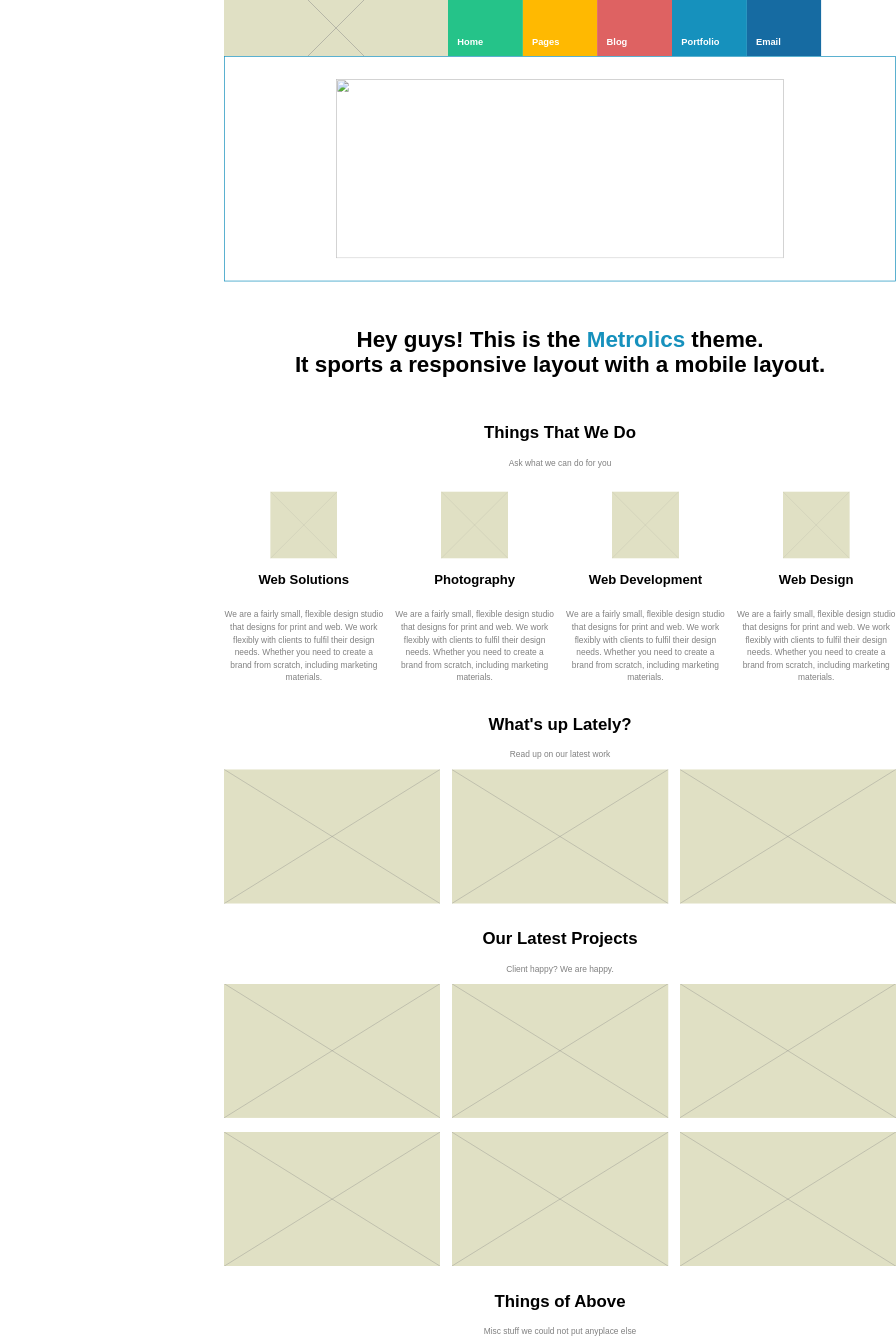
Repository: pjiang604/mdia2003-lab03b
Page: index.html
An editor plug-in stored every save of this project. The page is shown before and after the next save, followed by the edit.
The browser window is 1280 px wide. The pictures show the part of the page from y = 0 to 1920 px (the page is 2722 px tall), at 70% of full size.

Above is the page before, as saved 2023-01-31 21:00:32.

### index.html
<!DOCTYPE html>
<html lang="en">

<head>
    <meta charset="UTF-8">
    <meta http-equiv="X-UA-Compatible" content="IE=edge">
    <meta name="viewport" content="width=device-width, initial-scale=1.0">
    <title>Metrolics</title>
    <link rel="stylesheet" href="style.css">
    <link rel="preconnect" href="https://fonts.google.com/specimen/Ubuntu?query=ubuntu">
</head>

<body>
    <nav>
        <div class="nav row l-col-6-1 m-col-6-1 s-col-2-2">
            <div class="col">
                <img src="img/placeholder.svg" alt="logo" class="logo">
            </div>
            <a href="/">
                <div class="col hide navTab homeTab">
                    <h5>Home</h5>
                </div>
            </a>
            <a href="/">
                <div class="col hide navTab pagesTab">
                    <h5> Pages</h5>
                </div>
            </a>
            <a href="/">
                <div class="col hide navTab blogTab">
                    <h5>Blog</h5>
                </div>
            </a>
            <a href="/">
                <div class="col hide navTab portfolioTab">
                    <h5>Portfolio</h5>
                </div>
            </a>
            <a href="/">
                <div class="col hide navTab emailTab">
                    <h5>Email</h5>
                </div>
            </a>
            <div class="col hamburger">
                <p>[HAM MENU]</p>
            </div>
        </div>
    </nav>

    <div class="carousel hide">
        <div class="carouselSlides">
            <img class="carouselPicture" src="">
        </div>
    </div>

    <main>
    <div class="tagLine">
        <h1>Hey guys! This is the <span class="metroColor">Metrolics</span> theme.<br> It sports a responsive layout
            with a mobile layout.</h1>
    </div>

    <div class="services-section">
        <div class="col headerMargin">
            <h2>Things That We Do</h2>
            <p>Ask what we can do for you</p>
        </div>
        <div class="row l-col-4-1 m-col-2-1 s-col-1-4">
            <div class="col card">
                <img src="img/placeholder.svg" class="serviceImg" alt="">
                <h3>Web Solutions</h3>
                <p>We are a fairly small, flexible design studio that designs for print and web. We work flexibly with
                    clients to fulfil their design needs. Whether you need to create a brand from scratch, including
                    marketing materials.</p>
            </div>
            <div class="col card">
                <img src="img/placeholder.svg" class="serviceImg" alt="">
                <h3>Photography</h3>
                <p>We are a fairly small, flexible design studio that designs for print and web. We work flexibly with
                    clients to fulfil their design needs. Whether you need to create a brand from scratch, including
                    marketing materials.</p>

            </div>
            <div class="col card">
                <img src="img/placeholder.svg" class="serviceImg" alt="">
                <h3>Web Development</h3>
                <p>We are a fairly small, flexible design studio that designs for print and web. We work flexibly with
                    clients to fulfil their design needs. Whether you need to create a brand from scratch, including
                    marketing materials.</p>
            </div>
            <div class="col card">
                <img src="img/placeholder.svg" class="serviceImg" alt="">
                <h3>Web Design</h3>
                <p>We are a fairly small, flexible design studio that designs for print and web. We work flexibly with
                    clients to fulfil their design needs. Whether you need to create a brand from scratch, including
                    marketing materials.</p>
            </div>
        </div>
    </div>
    <div class="recent-news headerMargin">
        <div class="col">
            <h2>What's up Lately?</h2>
            <p>Read up on our latest work</p>
        </div>
        <div class="row l-col-3-1 m-col-2-1 s-col-1-4">
            <div class="col">
                <img src="img/placeholder.svg" class="image-post" alt="">
            </div>
            <div class="col">
                <img src="img/placeholder.svg" class="image-post" alt="">
            </div>
            <div class="col">
                <img src="img/placeholder.svg" class="image-post" alt="">
            </div>
            <div class="hidden-photo">
                <img src="img/placeholder.svg" class="image-post" alt="">
            </div>
        </div>
    </div>
    <div class="latest-projects-section headerMargin">
        <div class="col">
            <h2>Our Latest Projects</h2>
            <p>Client happy? We are happy.</p>
        </div>
        <div class="row l-col-3-1 m-col-2-1 s-col-1-1">
            <div class="col">
                <img src="img/placeholder.svg" class="image-post" alt="">
            </div>
            <div class="col">
                <img src="img/placeholder.svg" class="image-post" alt="">
            </div>
            <div class="col">
                <img src="img/placeholder.svg" class="image-post" alt="">
            </div>
            <div class="col">
                <img src="img/placeholder.svg" class="image-post" alt="">
            </div>
            <div class="col">
                <img src="img/placeholder.svg" class="image-post" alt="">
            </div>
            <div class="col">
                <img src="img/placeholder.svg" class="image-post" alt="">
            </div>
        </div>
    </div>

    <div class="col headerMargin">
        <h2>Things of Above</h2>
        <p>Misc stuff we could not put anyplace else</p>
    </div>
    <div class="row accordion l-col-2-1 m-col-1-2 s-col-1-1">
        <div class="col">
            <p>[ACCORDION HERE]</p>
        </div>
        <div class="col">
            <p>[TABS HERE]</p>
        </div>
    </div>



    <div class="row companies l-col-5-1 m-col-5-1">
        <div class="col">
            <img src="img/placeholder.svg" class="comp-logo" alt="">
        </div>
        <div class="col">
            <img src="img/placeholder.svg" class="comp-logo" alt="">
        </div>
        <div class="col">
            <img src="img/placeholder.svg" class="comp-logo" alt="">
        </div>
        <div class="col">
            <img src="img/placeholder.svg" class="comp-logo" alt="">
        </div>
        <div class="col">
            <img src="img/placeholder.svg" class="comp-logo" alt="">
        </div>
    </div>
</main>

    <footer>

        <div class="row l-col-2-4 m-col-2-4 s-col-2-1 author">
            <div class="col">
                <img src="img/placeholder.svg" class="headshot" alt="">
            </div>
            <div class="col">
                <h5>Peewee Herman</h5>
                <p>Peewee has over 10 years expeience in the industry. He is our Creative Director, digital designer,
                    web designer and front-end developer. He is also pretty good with a sketch-book. Before starting the
                    company Peewee worked as a designer and studio manager for a design house who boasted a number of
                    big name clients.</p>
            </div>
        </div>

        <div class="row l-footer-grid m-row m-footer-grid">
            <div class="col about-socials">
                <h3 class="m-row hide">About Us</h3>
                <p class="m-row hide">Lorem ipsum dolor sit amet consectetur adipisicing elit. Neque, illo! Deserunt quo
                    nostrum
                    quaerat, cum dolores aut. Recusandae voluptates, nisi a explicabo, in autem vitae eius iste
                    temporibus dolorem corporis.</p>
                <div class="row l-col-5-1 m-col-5-1 s-col-5-1">
                    <div class="col">
                        <img src="img/placeholder.svg" class="social-img" alt="">
                    </div>
                    <div class="col">
                        <img src="img/placeholder.svg" class="social-img" alt="">
                    </div>
                    <div class="col">
                        <img src="img/placeholder.svg" class="social-img" alt="">
                    </div>
                    <div class="col">
                        <img src="img/placeholder.svg" class="social-img" alt="">
                    </div>
                    <div class="col">
                        <img src="img/placeholder.svg" class="social-img" alt="">
                    </div>
                </div>
            </div>

            <div class="col flickr">
                <h3>Flickr Photos</h3>
                <div class="row l-col-3-1 m-col-3-1">
                    <div class="col">
                        <img src="img/placeholder.svg" class="flickr-img" alt="">
                    </div>
                    <div class="col">
                        <img src="img/placeholder.svg" class="flickr-img" alt="">
                    </div>
                    <div class="col">
                        <img src="img/placeholder.svg" class="flickr-img" alt="">
                    </div>
                    <div class="col">
                        <img src="img/placeholder.svg" class="flickr-img" alt="">
                    </div>
                    <div class="col">
                        <img src="img/placeholder.svg" class="flickr-img" alt="">
                    </div>
                    <div class="col">
                        <img src="img/placeholder.svg" class="flickr-img" alt="">
                    </div>
                </div>
            </div>

            <div class="row live-social m-col">
                <div>
                    <h3>Recent Tweets</h3>
                </div>
                <div>
                    <p>[TWEET TEXT]</p>
                </div>
                <div>
                    <p>[TWEET TEXT]</p>
                </div>
            </div>

            <div class="col newsletter">
                <div class="row m-col-1-1">
                    <h3>Newsletter</h3>
                    <div class="col">
                        <p>Lorem ipsum, dolor sit amet consectetur adipisicing elit. Quam, iusto provident labore quos
                            ipsa
                            voluptas.</p>
                    </div>
                    <div class="col">
                        <label for="email">Enter your Email...</label>
                        <input type="email" id="email">
                    </div>

                </div>
            </div>
        </div>

        <div class="row footer-decor">
            <div class="decor"></div>
            <div class="decor"></div>
            <div class="decor"></div>
            <div class="decor"></div>
            <div class="decor"></div>
        </div>

    </footer>

</body>



</html>

### style.css
:root {
    --green: #25c389;
    --yellow: #ffb901;
    --red: #de6262;
    --lightBlue: #1691bd;
    --darkBlue: #166ba2;
    --navy: #16242f;

}

html {
    height: 100vh;
    width: 100vw;


}

body {
    width: 60em;
    margin: 0 20em;
    box-sizing: border-box;
}


.headerMargin {
    margin: 2em 0;
}

nav,
main {
    font-family: Ubuntu, sans-serif;
    font-weight: 300;
    text-decoration: none;
    text-align: center;
}

p {
    font-size: 12px;
    color: grey;
    line-height: 1.5em;
}

a {
    text-decoration: none;
}

.row {
    display: grid;
    row-gap: 1rem;
}

.col {
    position: relative;
}

.flickr-img {
    width: 100%;
}


.social-img {
    width: 100%;
}


.footer-decor {
    grid-template-columns: 3fr 1fr 1fr 1fr 1fr 1fr;
}


/*Nav Bar*/

.nav {
    height: 5em;
}

nav h5 {
    color: white;
    position: absolute;
    bottom: 0;
    padding: 1em;
    margin: 0;
}

.logo {
    width: 100%;
    height: 5em;
    object-fit: cover;
}

.navTab {
    height: 5em;
    display: flex;
}

.homeTab {
    background-color: var(--green);
}

.pagesTab {
    background-color: var(--yellow);
}

.blogTab {
    background-color: var(--red);
}

.portfolioTab {
    background-color: var(--lightBlue);
}

.emailTab {
    background-color: var(--darkBlue);
}

.hamburger {
    display: none;
}

/*Carousel*/

.carousel {
    display:flex;
    justify-content:center;
    align-items:center;
    height: 20em;
    border: 1px solid var(--lightBlue);
}

.carouselPicture img {
    object-fit:cover;
    width: 50em;
    height: 50em;
}

.carouselPicture {
    width:50vw;
    height:20vw;
    display:flex;
    align-items:center;
}

/*Tag Line*/
.tagLine {
    margin: 4em 0;
}

.metroColor {
    color: var(--lightBlue);
}

/*Services Section*/

.serviceImg {
    height: 6em;
    width: 6em;
    object-fit: cover;
}

.card {
    display: flex;
    flex-direction: column;
    align-items: center;
}

/*Recent News*/
.image-post {
    width: 100%;
    height: 12em;
}

/*Accordion*/
.accordion {
    height: 20em;
    border: 1px solid var(--lightBlue);
}

/*Companies*/
.companies {
    column-gap: 2em;
    margin: 1em 0;
}

.comp-logo {
    width: 100%;
    height: 4em;
    object-fit: cover;
}

/*FOOTER*/

footer {
    background: var(--navy);
    color: white;
    font-family: Ubuntu, sans-serif;
    font-weight: 300;
    text-decoration: none;
    width: 100%;
}


footer p {
    color: white;
}

.headshot {
    width: 4em;
    height: 4em;
    object-fit: cover;
    border-radius: 100%;
}

/** small/mobile version */
@media screen and (max-width:29.9375em) {
    .row {
        max-width: 70em;
        column-gap: .5rem;
        row-gap: 1.5rem;
        margin: 0 auto;

    }

    .hide,
    .flickr,
    .newsletter,
    .companies {
        display: none;
    }

    .hamburger {
        display: contents;
    }

    .s-col-1-4 {
        grid-template-columns: 4fr;
    }

    .s-col-2-2 {
        grid-template-columns: repeat(2, 2fr);
    }

    .s-col-1-1 {
        grid-template-columns: 1fr;
    }

    .s-col-5-1 {
        grid-template-columns: repeat(5, 1fr);
    }

    .s-col-2-1 {
        grid-template-columns: repeat(2, 1fr);
    }

    .footer-grid {
        display: none;
    }

    .hidden-photo {
        display: content;
        background-color: orange;
    }

    .accordion {
        display: none;
    }
}

/** medium and up. applicable for both tablet and mobile version */
@media screen and (max-width:30em) {
    .carousel {
        display: none;
    }

    .image-post.hide {
        display: contents;
    }

    .hidden-photo {
        display: content;
        background-color: orange;
    }

}

/** medium only */
@media screen and (min-width:40em) and (max-width:63.9375em) {

    .hide {
        display: contents;
    }

    .m-footer-grid {
        grid-template-columns: repeat(2, 1fr);
    }

    .m-row {
        display: grid;
        row-gap: 1rem;
    }

    .m-col {
        position: relative;
    }

    .m-col-6-1 {
        grid-template-columns: 3fr 1fr 1fr 1fr 1fr 1fr;
    }

    .m-col-2-1 {
        grid-template-columns: repeat(2, 1fr);
        column-gap: 1rem;
    }

    .m-col-5-1 {
        grid-template-columns: repeat(5, 1fr);
        column-gap: 1rem;
    }

    .m-col-2-4 {
        grid-template-columns: 1fr 4fr;
    }

    .m-col-3-1 {
        grid-template-columns: repeat(3, 1fr);
        column-gap: 1rem;
    }

    .m-col-1-1 {
        grid-template-columns: 1fr
    }

    .m-col-1-2 {
        grid-template-columns: repeat(1, 2fr);
    }

    .hidden-photo {
        display: content;
        background-color: orange;
    }

}

/** large only */
@media screen and (min-width:64em) {

    .l-col-6-1 {
        grid-template-columns: 3fr 1fr 1fr 1fr 1fr 1fr 1fr;
    }

    .l-col-4-1 {
        grid-template-columns: repeat(4, 1fr);
        column-gap: 1rem;
    }

    .l-col-3-1 {
        grid-template-columns: repeat(3, 1fr);
        column-gap: 1rem;
    }

    .l-col-5-1 {
        grid-template-columns: repeat(5, 1fr);
    }

    .l-col-2-4 {
        grid-template-columns: 1fr 4fr;
    }

    .l-col-3-1 {
        grid-template-columns: repeat(3, 1fr);
        column-gap: 1rem;
    }

    .l-col-2-1 {
        grid-template-columns: repeat(2, 1fr);
        column-gap: 1rem;
    }

    .image-post.hide {
        display: none;
    }

    .l-footer-grid {
        grid-template-columns: repeat(4, 1fr);
    }

    .hidden-photo {
        display: none;
    }

}

### img/placeholder.svg
<!-- Created with PhotoLine 21.40B9 (www.pl32.com) -->
<!DOCTYPE svg PUBLIC "-//W3C//DTD SVG 1.1//EN" "http://www.w3.org/Graphics/SVG/1.1/DTD/svg11.dtd"[]>
<svg width="1024" height="1024" version="1.1" xmlns="http://www.w3.org/2000/svg" xmlns:xlink="http://www.w3.org/1999/xlink">
  <g id="Square/Rectangle">
    <rect fill="#e0e0c4" fill-rule="evenodd" width="1024" height="1024" />
  </g>
  <path stroke-width="2" stroke-miterlimit="10" fill="none" stroke="#808080" d="M0 0 L1024 1024" />
  <g transform="matrix(0 1 -1 0 1024 0)">
    <path transform="matrix(-0 -1.000001 1.000001 -0 0.000153 1024.000854)" stroke-width="2" stroke-miterlimit="10" fill="none" stroke="#808080" d="M1024 -0 L0 1024" />
  </g>
</svg>

After the next save:
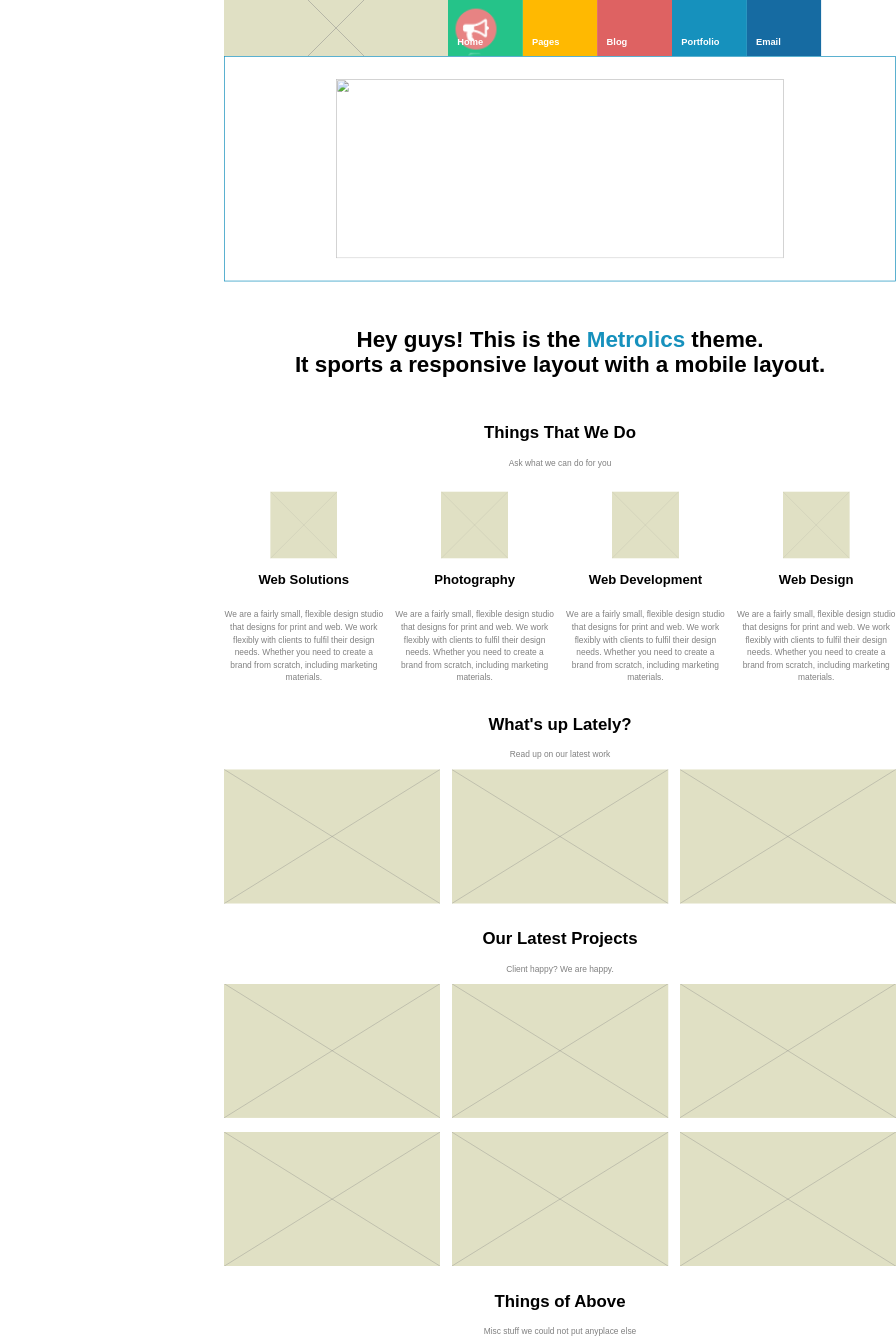
Saved 55 s later.
--- a/index.html
+++ b/index.html
@@ -18,6 +18,7 @@
             </div>
             <a href="/">
                 <div class="col hide navTab homeTab">
+                    <img src="img/icons/blog.png" class="navBarIcons">
                     <h5>Home</h5>
                 </div>
             </a>
